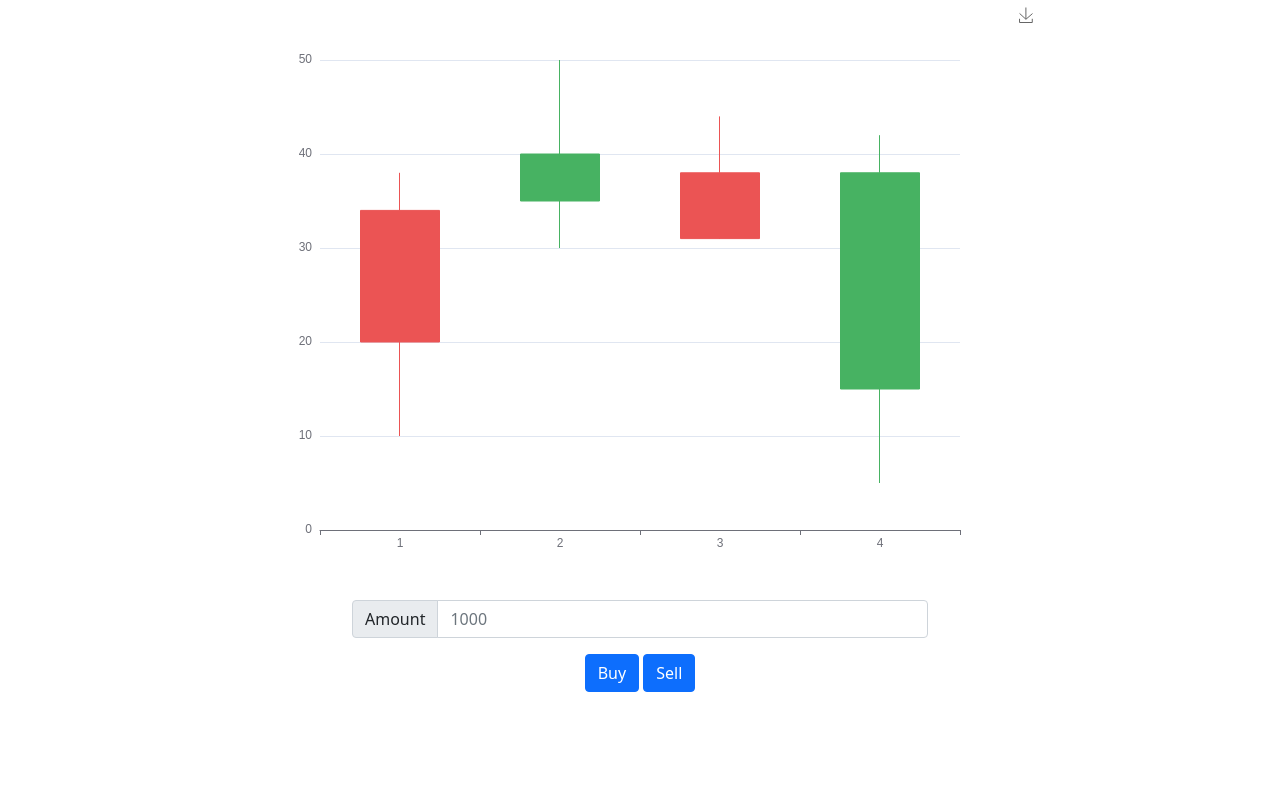
Repository: CSCI-3308-CU-Boulder/3308SP21_024_5
Page: Code/game.html
An editor plug-in stored every save of this project. The page is shown before and after the next save, followed by the edit.
The browser window is 1280 px wide. The pictures show the whole page.
Some web libraries are served in a nearby version.

Above is the page before, as saved 2021-03-31 19:42:39.

After the next save:
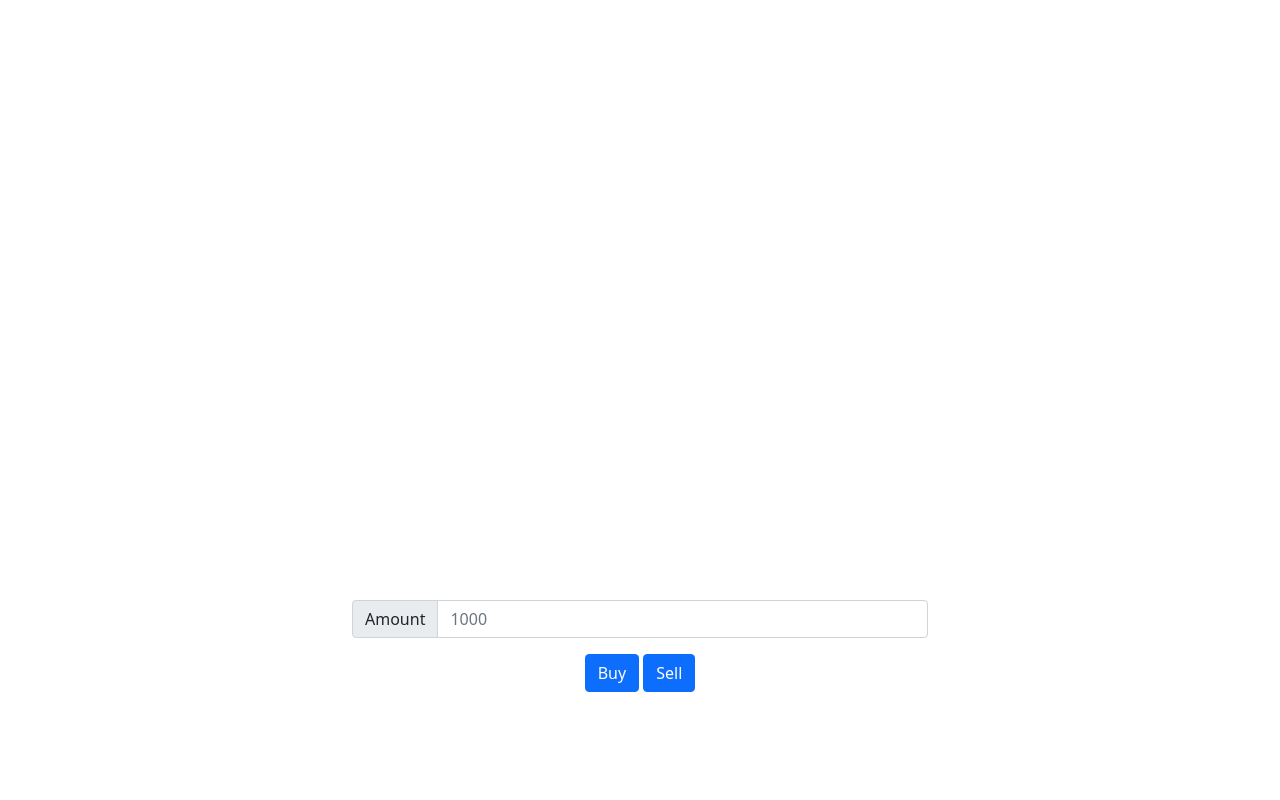
Console error: ReferenceError: arrC is not defined
Not found: Code/index.js
Saved 2 s later.
--- a/Code/game.html
+++ b/Code/game.html
@@ -3,11 +3,13 @@
 	<head>
 		<meta charset="utf-8" />
 		<meta name="viewport" content="width=device-width,initial-scale=1.0" />
-
+        <script src="index.js"></script>
+        <script type="text/javascript" src="http://libs.baidu.com/jquery/1.10.2/jquery.min.js"></script>
         <link href="https://cdn.jsdelivr.net/npm/bootstrap@5.0.0-beta2/dist/css/bootstrap.min.css" rel="stylesheet" integrity="sha384-BmbxuPwQa2lc/FVzBcNJ7UAyJxM6wuqIj61tLrc4wSX0szH/Ev+nYRRuWlolflfl" crossorigin="anonymous">
         <script src="https://cdnjs.cloudflare.com/ajax/libs/echarts/5.0.2/echarts.min.js" integrity="sha512-t9GZbGKCH5MuYUFsq5AdrhllT0kdnc2fNMizKDgLXBBXgHP2dXxjRPOzYJauAXW9OXLlSYELUqWD30k7cb0Mkg==" crossorigin="anonymous"></script>
         <script src="https://cdn.jsdelivr.net/npm/bootstrap@5.0.0-beta2/dist/js/bootstrap.bundle.min.js" integrity="sha384-b5kHyXgcpbZJO/tY9Ul7kGkf1S0CWuKcCD38l8YkeH8z8QjE0GmW1gYU5S9FOnJ0" crossorigin="anonymous"></script>
-		<title>stonkbzz</title>
+
+        <title>stonkbzz</title>
 	</head>
 	<body>
 		<div id="main" style="width: 800px;height: 600px; margin:0 auto;" ></div>
@@ -24,19 +26,22 @@
             var toastList = toastElList.map(function (toastEl) {
             return new bootstrap.Toast(toastEl, option)
             })
+            var date = [0,1,2,3]
 
+                            //open, close, highest, lowest
 
-            var date = [1,2,3,4]
-                            //open, close, highest, lowest
-            var stock_data = [[20, 34, 10,38],
-                            [40, 35, 30, 50],
-                            [31, 38, 33, 44],
-                            [38, 15, 5, 42]]
+            var stock_data = [[7195.24, 7200.85, 7255, 7175.15],
+                            [7200.77, 6965.71, 7212.5, 6924.74],
+                            [6965.49, 7344.96, 7405, 6871.04],
+                            [7345, 7354.11, 7404, 7272.21]]
+            console.log(arrC)
+            var store_data = arrC
 			const myChart = echarts.init(document.getElementById('main'));
             myChart.resize({
                 width: 800,
                 height: 600
             })
+
 			 option = {
 				toolbox: { feature: { saveAsImage: {} } },
 				xAxis: { type: 'category', data: date },
@@ -53,16 +58,12 @@
             var sell_price;
             var buy_price;
             //generate random data and plot
+            var count_day = 4
             function painting(){
-                var temp = []
-                for(i = 0; i < 4; i++){
-                    temp.push(Math.random()*100)
-                }
-                sell_price = temp[2]//always sell at highest price
-                buy_price = temp[0]
-                stock_data.push(temp)
+                //setTimeout(myChart.setOption(option), 2000)
                 date.push(date[date.length-1] +1)
-                //setTimeout(myChart.setOption(option), 2000)
+                stock_data.push(store_data[count_day])
+                console.log(stock_data)
                 option = {
                     toolbox: { feature: { saveAsImage: {} } },
                     xAxis: { type: 'category', data: date },
@@ -75,19 +76,22 @@
                     ],
                 };
                 myChart.setOption(option);
+                count_day ++
             }
             //start buying stock, plot starts generated
             function startLoop(){
                 to_cancel = setInterval(painting,500)
-
+                buy_price = stock_data[count_day-1][0]
             }
             //sell the stock, painting stops
             function endLoop(){
+
                 clearInterval(to_cancel)
                 calProfit()
             }
             //calculate the profit
             function calProfit(){
+                sell_price = stock_data[count_day-1][1]
                 profit = 0
                 temp = document.getElementById("user-amount").value
                 if(!temp){

After the save that followed:
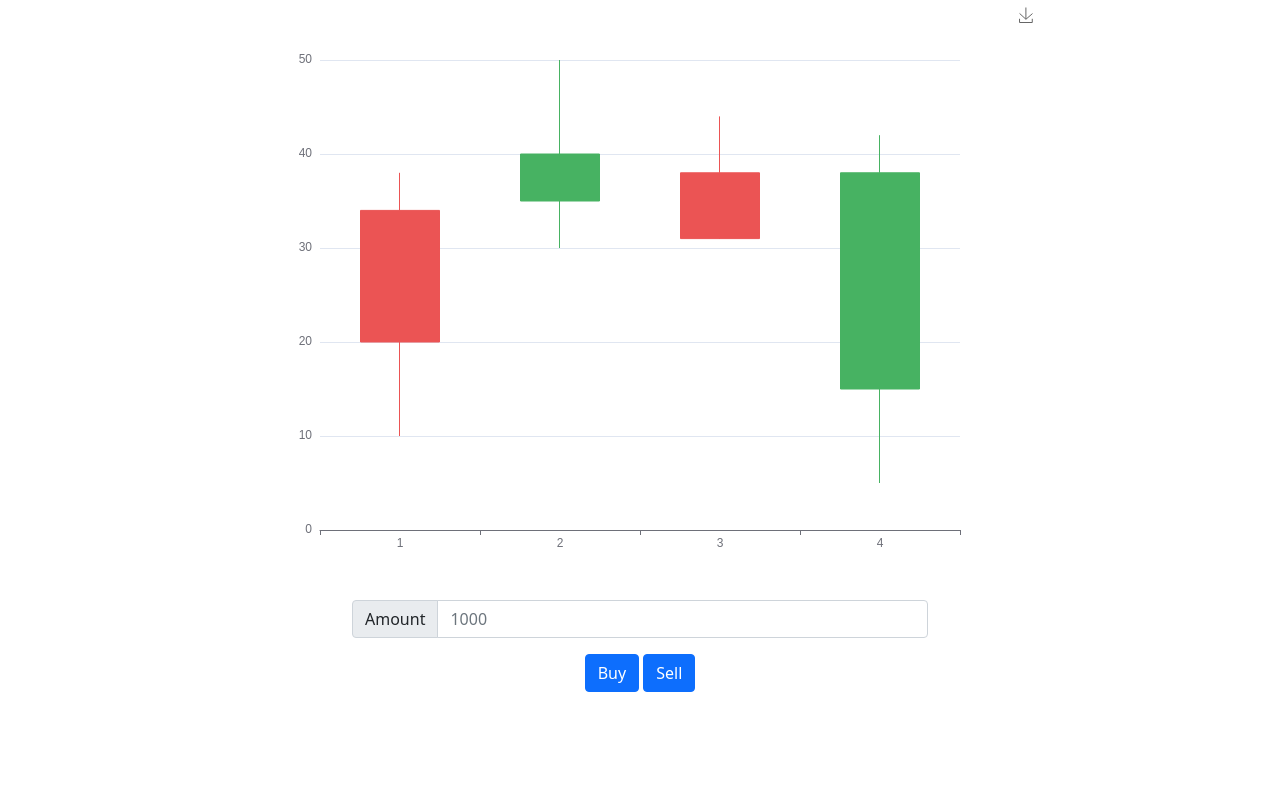
The error is gone.
Saved 35 s later.
--- a/Code/game.html
+++ b/Code/game.html
@@ -3,13 +3,11 @@
 	<head>
 		<meta charset="utf-8" />
 		<meta name="viewport" content="width=device-width,initial-scale=1.0" />
-        <script src="index.js"></script>
-        <script type="text/javascript" src="http://libs.baidu.com/jquery/1.10.2/jquery.min.js"></script>
+
         <link href="https://cdn.jsdelivr.net/npm/bootstrap@5.0.0-beta2/dist/css/bootstrap.min.css" rel="stylesheet" integrity="sha384-BmbxuPwQa2lc/FVzBcNJ7UAyJxM6wuqIj61tLrc4wSX0szH/Ev+nYRRuWlolflfl" crossorigin="anonymous">
         <script src="https://cdnjs.cloudflare.com/ajax/libs/echarts/5.0.2/echarts.min.js" integrity="sha512-t9GZbGKCH5MuYUFsq5AdrhllT0kdnc2fNMizKDgLXBBXgHP2dXxjRPOzYJauAXW9OXLlSYELUqWD30k7cb0Mkg==" crossorigin="anonymous"></script>
         <script src="https://cdn.jsdelivr.net/npm/bootstrap@5.0.0-beta2/dist/js/bootstrap.bundle.min.js" integrity="sha384-b5kHyXgcpbZJO/tY9Ul7kGkf1S0CWuKcCD38l8YkeH8z8QjE0GmW1gYU5S9FOnJ0" crossorigin="anonymous"></script>
-
-        <title>stonkbzz</title>
+		<title>stonkbzz</title>
 	</head>
 	<body>
 		<div id="main" style="width: 800px;height: 600px; margin:0 auto;" ></div>
@@ -26,22 +24,19 @@
             var toastList = toastElList.map(function (toastEl) {
             return new bootstrap.Toast(toastEl, option)
             })
-            var date = [0,1,2,3]
 
+
+            var date = [1,2,3,4]
                             //open, close, highest, lowest
-
-            var stock_data = [[7195.24, 7200.85, 7255, 7175.15],
-                            [7200.77, 6965.71, 7212.5, 6924.74],
-                            [6965.49, 7344.96, 7405, 6871.04],
-                            [7345, 7354.11, 7404, 7272.21]]
-            console.log(arrC)
-            var store_data = arrC
+            var stock_data = [[20, 34, 10,38],
+                            [40, 35, 30, 50],
+                            [31, 38, 33, 44],
+                            [38, 15, 5, 42]]
 			const myChart = echarts.init(document.getElementById('main'));
             myChart.resize({
                 width: 800,
                 height: 600
             })
-
 			 option = {
 				toolbox: { feature: { saveAsImage: {} } },
 				xAxis: { type: 'category', data: date },
@@ -58,12 +53,16 @@
             var sell_price;
             var buy_price;
             //generate random data and plot
-            var count_day = 4
             function painting(){
+                var temp = []
+                for(i = 0; i < 4; i++){
+                    temp.push(Math.random()*100)
+                }
+                sell_price = temp[2]//always sell at highest price
+                buy_price = temp[0]
+                stock_data.push(temp)
+                date.push(date[date.length-1] +1)
                 //setTimeout(myChart.setOption(option), 2000)
-                date.push(date[date.length-1] +1)
-                stock_data.push(store_data[count_day])
-                console.log(stock_data)
                 option = {
                     toolbox: { feature: { saveAsImage: {} } },
                     xAxis: { type: 'category', data: date },
@@ -76,22 +75,19 @@
                     ],
                 };
                 myChart.setOption(option);
-                count_day ++
             }
             //start buying stock, plot starts generated
             function startLoop(){
                 to_cancel = setInterval(painting,500)
-                buy_price = stock_data[count_day-1][0]
+
             }
             //sell the stock, painting stops
             function endLoop(){
-
                 clearInterval(to_cancel)
                 calProfit()
             }
             //calculate the profit
             function calProfit(){
-                sell_price = stock_data[count_day-1][1]
                 profit = 0
                 temp = document.getElementById("user-amount").value
                 if(!temp){
